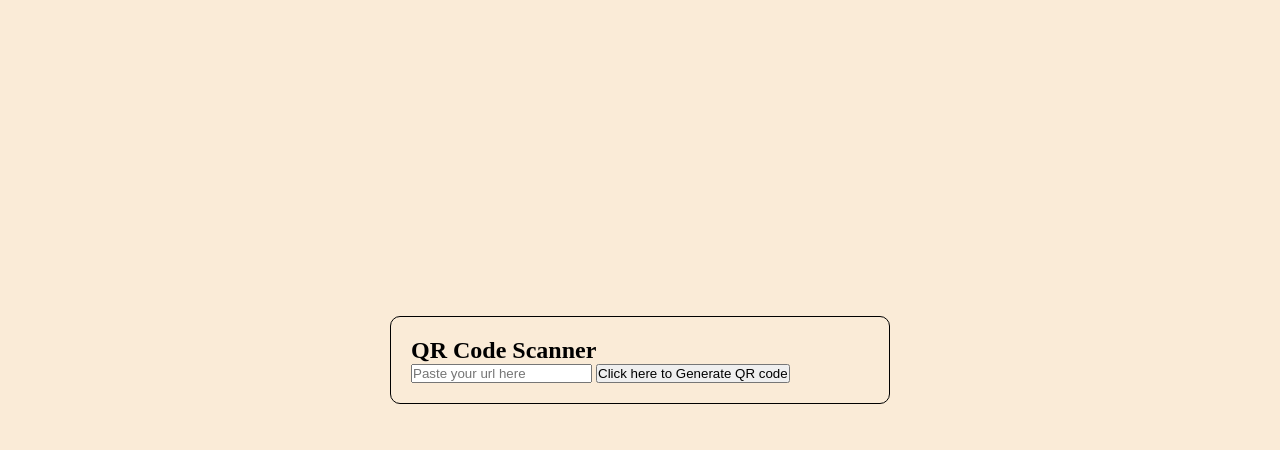
Repository: JunaidAnsari202/QR-Scanner
Page: index.html
These files come from the project's save history. The page is drawn as it stood at one moment and after a run of saves; the edit follows.
The browser window is 1280 px wide. The pictures show the whole page.

Above is the page before, as saved 2024-10-12 12:16:38.

### index.html
<!DOCTYPE html>
<html lang="en">
<head>
    <meta charset="UTF-8">
    <meta name="viewport" content="width=device-width, initial-scale=1.0">
    <title>Document</title><link rel="stylesheet" href="style.css">
</head>
<body>
    <div class="qr-container">
        <h2>QR Code Scanner</h2>
        <input type="text" id="qr-input" placeholder="Paste your url here">
        <button id="qr-button">Click here to Generate QR code</button>
        <img src="" alt="" id="qr-img">
    </div>
</body>
<script src="scripit.js"></script>
</html>

### style.css
*{
    padding: 0;
    margin: 0;
    box-sizing: border-box;
}

body{
    background-color: antiquewhite;
    display: flex;
    justify-content: center;
    align-items: center;
    height: 100vh;
}

.qr-container{
    border: 1px solid black;
    border-radius: 10px;
    padding: 20px;
    width: 500px;
    bo
}

Loaded but not shown: scripit.js (no copy from this time; the picture is the same without it)

After the next 8 saves:
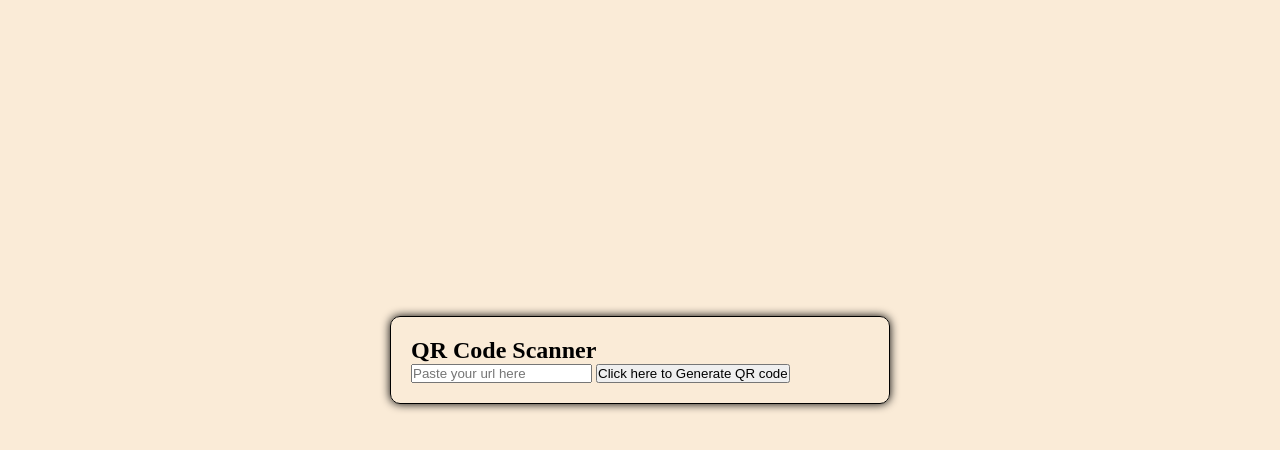
The 8 saves are shown as one change because they came seconds apart.
The last was saved 12 s later.
--- a/style.css
+++ b/style.css
@@ -17,5 +17,5 @@
     border-radius: 10px;
     padding: 20px;
     width: 500px;
-    bo
+    box-shadow: 0 0 10px 0;
 }

After the 4 saves that followed:
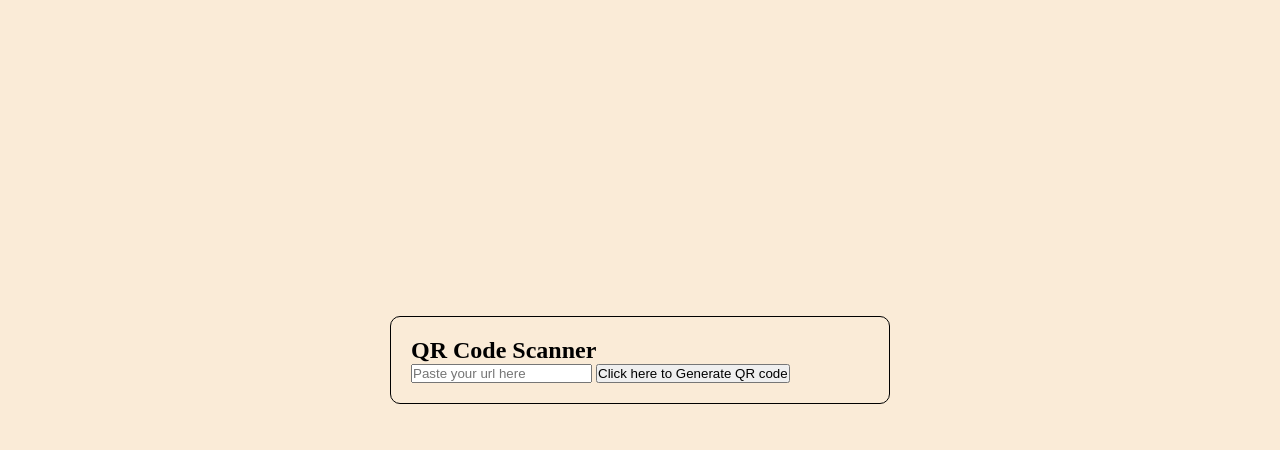
The 4 saves are shown as one change because they came seconds apart.
The last was saved 14 s later.
--- a/style.css
+++ b/style.css
@@ -17,5 +17,5 @@
     border-radius: 10px;
     padding: 20px;
     width: 500px;
-    box-shadow: 0 0 10px 0;
+    box-shadow: 0 0 10px 0 rgba(red, green, blue, alpha);
 }
